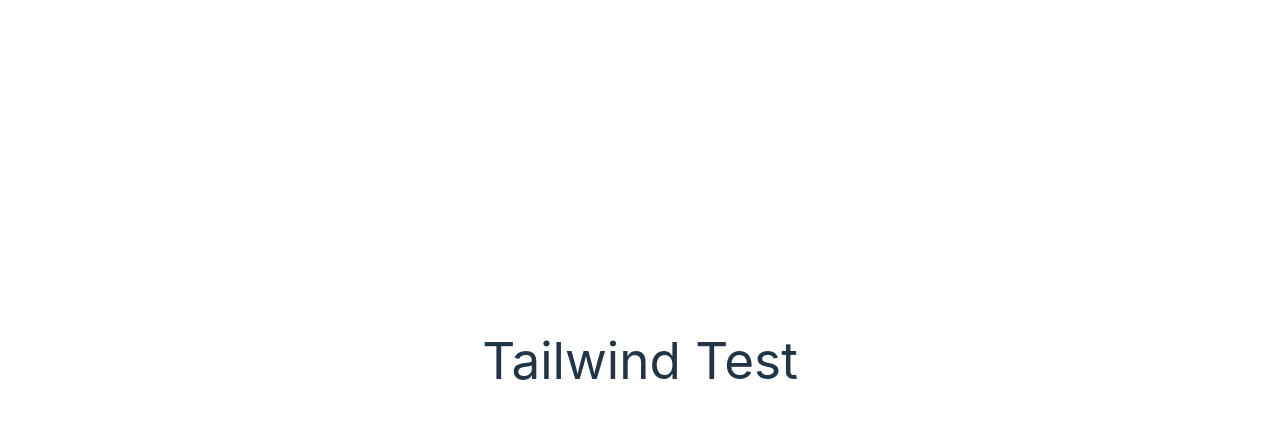
Repository: Adarshjeet0/ReactJs
Page: / (app in 03tailwindprops/)
An editor plug-in stored every save of this project. The page is shown before and after a run of saves, followed by the edit.
The browser window is 1280 px wide. The pictures show the whole page.
The project was rebuilt for these pictures with package versions that can differ from the ones it lists, and the page was loaded fresh each time. Also part of the build but not shown: 03tailwindprops/vite.config.js.

Above is the page before, as saved 2024-11-30 22:44:08.

After the next 4 saves:
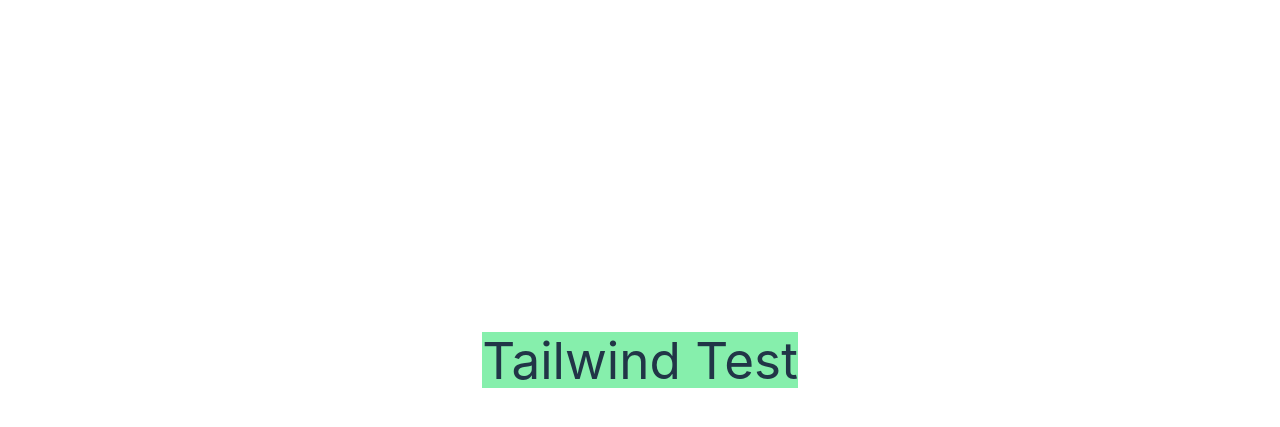
The 4 saves are shown as one change because they came seconds apart.
The last was saved 9 s later.
--- a/03tailwindprops/src/App.jsx
+++ b/03tailwindprops/src/App.jsx
@@ -8,7 +8,7 @@
 
   return (
     <>
-      <h1 className="bg-gree">Tailwind Test</h1>
+      <h1 className="bg-green-300 p-">Tailwind Test</h1>
     </>
   )
 }
